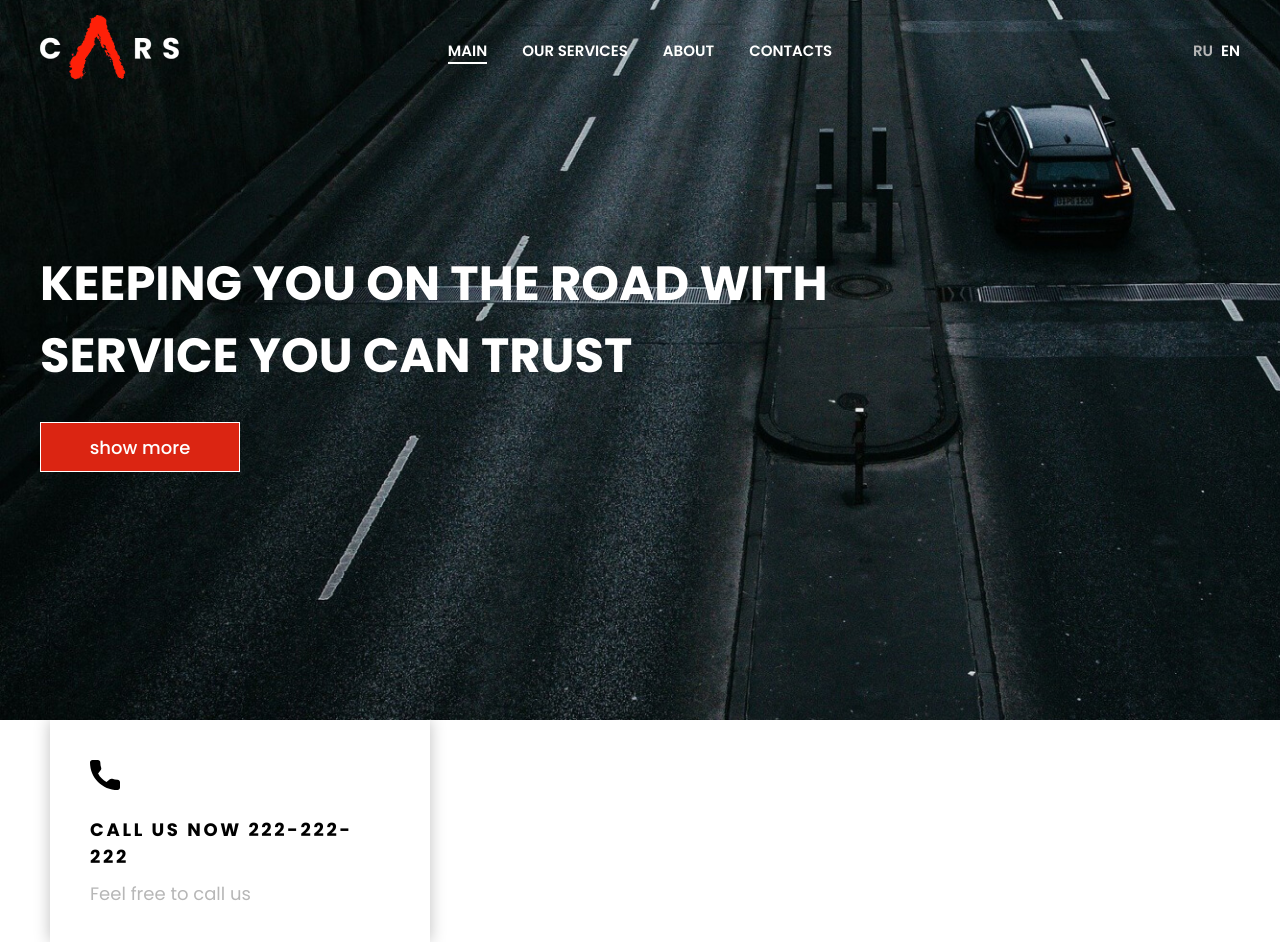
Repository: Earn1ll/car_repair
Page: index.html
The author's editor kept a copy of each file at every save. The page is drawn from the files as they stood at one save, then again after the next save.
The browser window is 1280 px wide. The pictures show the whole page.

Above is the page before, as saved 2022-09-18 16:08:20.

After the next save:
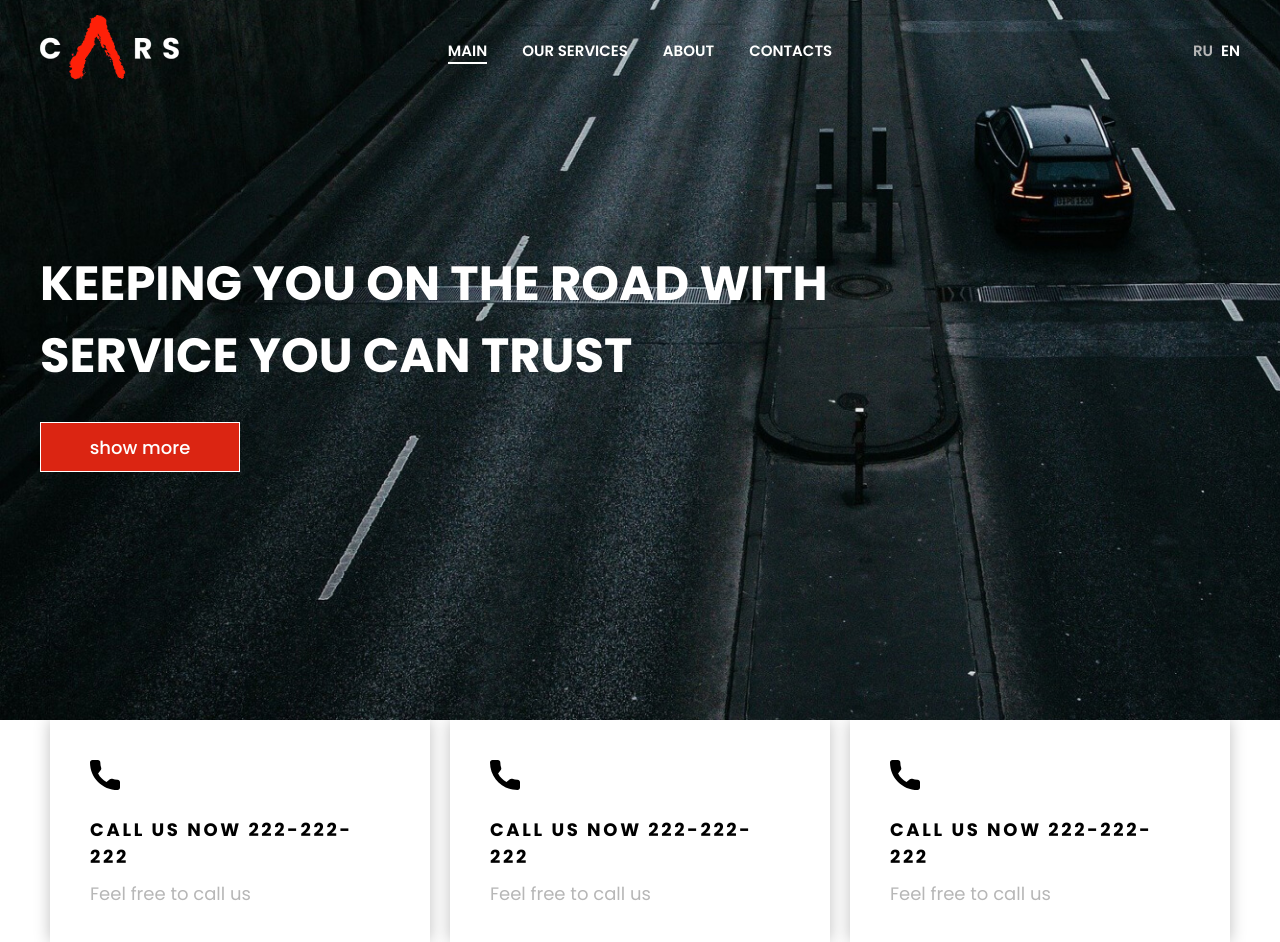
Saved 56 s later.
--- a/index.html
+++ b/index.html
@@ -63,6 +63,30 @@
                         <p class="info__text">Feel free to call us</p>
                     </div>
                 </div>
+
+                <div class="info__block">
+                    <div class="info__item">
+                        <div class="info__img">
+                            <img src="img/phone.svg " alt="">
+                        </div>
+                        <h3 class="info__title">
+                            CALL US NOW 222-222-222
+                        </h3>
+                        <p class="info__text">Feel free to call us</p>
+                    </div>
+                </div>
+
+                <div class="info__block">
+                    <div class="info__item">
+                        <div class="info__img">
+                            <img src="img/phone.svg " alt="">
+                        </div>
+                        <h3 class="info__title">
+                            CALL US NOW 222-222-222
+                        </h3>
+                        <p class="info__text">Feel free to call us</p>
+                    </div>
+                </div>
             </div>
         </div>
     </section>
